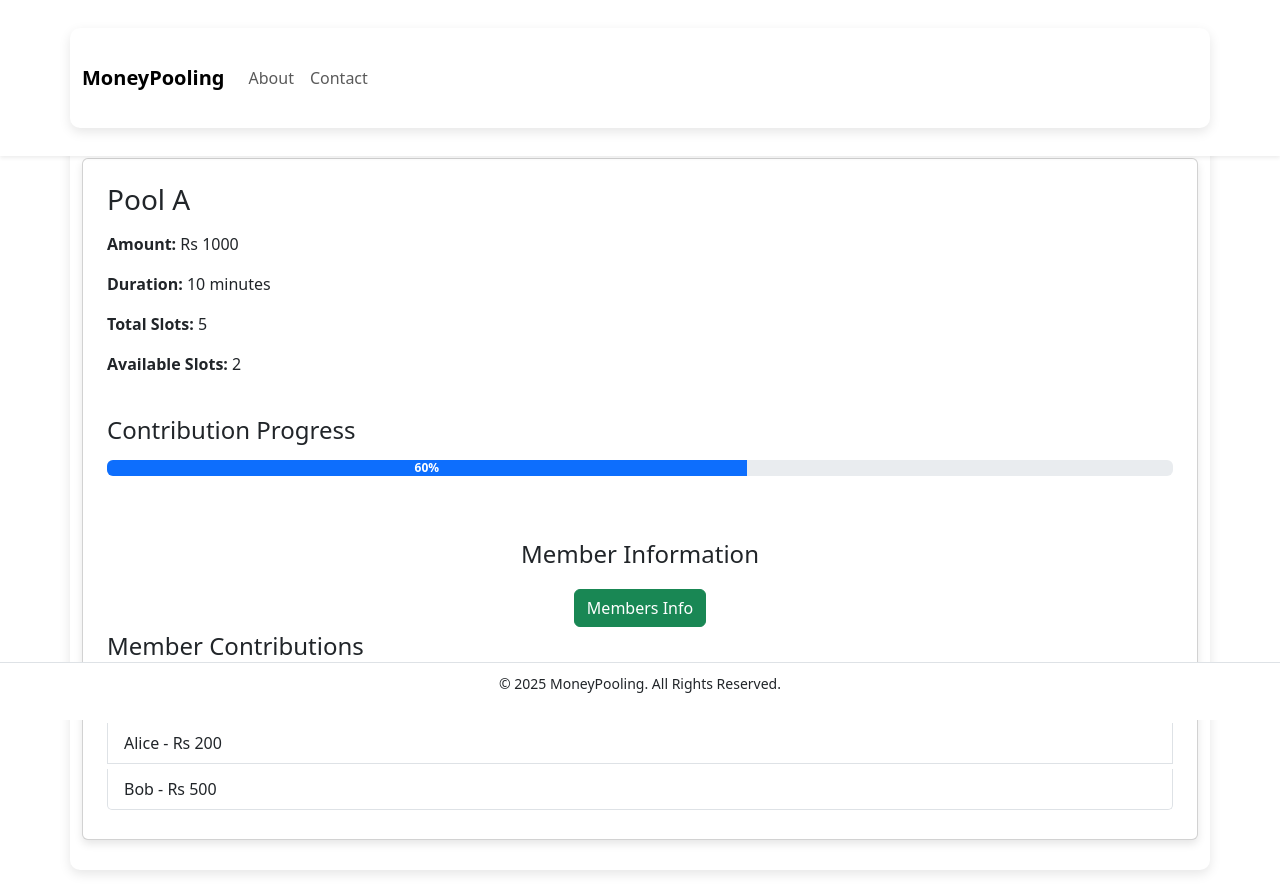
Repository: xxgautm420/MoneyPool
Page: templates/progress.html
The author's editor kept a copy of each file at every save. The page is drawn from the files as they stood at one save, then again after the next save.
The browser window is 1280 px wide. The pictures show the whole page.
The page is served by the project's application, run on Flask 3 (user.py). The template is opened directly, without the code that normally fills it, so the values that code supplies are empty.

Above is the page before, as saved 2025-03-01 17:48:25.

### templates/progress.html
<!DOCTYPE html>
<html lang="en">
<head>
    <meta charset="UTF-8">
    <meta name="viewport" content="width=device-width, initial-scale=1.0">
    <title>Money Pooling</title>

    <!-- External Stylesheets -->
    <link rel="stylesheet" href="{{ url_for('static', filename='Css/progress.css') }}">

    <link href="https://cdn.jsdelivr.net/npm/bootstrap@5.3.0-alpha1/dist/css/bootstrap.min.css" rel="stylesheet">
</head>
<body>

    <!-- Navbar -->
    <nav class="navbar navbar-expand-lg navbar-light bg-white fixed-top shadow-sm">
        <div class="container">
            <a class="navbar-brand fw-bold" href="#">MoneyPooling</a>
            <div class="collapse navbar-collapse">
                <ul class="navbar-nav me-auto mb-2 mb-lg-0">
                    <li class="nav-item">
                        <a class="nav-link" href="#">About</a>
                    </li>
                    <li class="nav-item">
                        <a class="nav-link" href="#">Contact</a>
                    </li>
                </ul>
            </div>
        </div>
    </nav>


       <!-- Main Content -->
     <!-- Pool Details Section -->
<div class="container mt-5 pt-5">
    <h2 class="text-center mb-4">Pool Details</h2>
    <div class="card p-4">
        <h3 id="poolName">Pool A</h3>
        <p><strong>Amount:</strong> Rs <span id="poolAmount">1000</span></p>
        <p><strong>Duration:</strong> 10 minutes</p>
        <p><strong>Total Slots:</strong> 5</p>
        <p><strong>Available Slots:</strong> <span id="availableSlots">2</span></p>

        <!-- Contribution Progress -->
        <h4 class="mt-4">Contribution Progress</h4>
        <div class="progress mb-3">
            <div id="progressBar" class="progress-bar" role="progressbar" style="width: 60%">60%</div>
        </div>

        <div class="text-center mt-5">
            <h4>Member Information</h4>
            <button class="btn btn-success" onclick="startSelection()" >Members Info </button>

        </div>




        <!-- Member Contributions -->
        <h4>Member Contributions</h4>
        <ul id="memberList" class="list-group">
            <li class="list-group-item">John - Rs 300</li>
            <li class="list-group-item">Alice - Rs 200</li>
            <li class="list-group-item">Bob - Rs 500</li>
        </ul>

        <!-- Random Member Selection -->

    </div>
</div>


 <!-- Footer -->
 <footer class="footer">
    <p>&copy; 2025 MoneyPooling. All Rights Reserved.</p>
</footer>

<!-- External JavaScript -->
<script src="{{ url_for('static', filename='Script/progress.js') }}"></script>
</body>
</html>

### user.py
from flask import Flask, request, jsonify
from flask_sqlalchemy import SQLAlchemy
import os

app = Flask(__name__)
import os

app.config['SQLALCHEMY_DATABASE_URI'] = os.environ.get('DATABASE_URL') or 'postgresql+psycopg2://postgres:201103@localhost/postgres'

app.config['SQLALCHEMY_TRACK_MODIFICATIONS'] = False
db = SQLAlchemy(app)

class User(db.Model):
    __tablename__ = 'users'
    id = db.Column(db.Integer, primary_key=True)
    username = db.Column(db.String(80), unique=True, nullable=False)
    password = db.Column(db.String(128), nullable=False)  # Store plain text password for this example

@app.route('/api/users/login', methods=['POST'])
def login():
    data = request.get_json()
    username = data.get('username')
    password = data.get('password')

    user = User.query.filter_by(username=username).first()
    if user and user.password == password:  # Check plain text password
        return jsonify(success=True, message="Login successful"), 200
    else:
        return jsonify(success=False, message="Invalid username or password"), 401

# Create the database tables if they don't exist
with app.app_context():
    db.create_all()

if __name__ == '__main__':
    app.run(debug=True)

### static/Css/progress.css
General Page Styling
body {
    font-family: Arial, sans-serif;
    text-align: center;
    margin: 0;
    background-color: white;
    padding-top: 70px; /* Space for fixed navbar */
    display: flex;
    flex-direction: column;
    min-height: 100vh; /* Ensure the body takes at least the full height of the viewport */
}

/* Navbar */
.navbar {
    box-shadow: 0px 2px 5px rgba(0, 0, 0, 0.1);
}

/* Main Container */
/* Pool Details Section */
.container {
    width: 80%;
    max-width: 600px;
    margin: 20px auto;
    padding: 30px;
    background-color: #fff;
    border-radius: 10px;
    box-shadow: 0 4px 12px rgba(0, 0, 0, 0.1);
    flex: 1; /* Allow the container to grow and take available space */
    overflow-y: auto; /* Enable vertical scrolling if content exceeds height */
}

.card {
    padding: 20px;
    border: 1px solid #dee2e6;
    border-radius: 10px;
    background-color: #ffffff;
    box-shadow: 0 4px 8px rgba(0, 0, 0, 0.1);
}

.card h3, .card h4 {
    margin-bottom: 15px;
}

.progress {
    height: 25px;
}

.progress-bar {
    background-color: #28a745; /* Green background for progress bar */
    color: white;
    font-weight: bold;
    line-height: 25px; /* Vertically center the text within the progress bar */
}

.list-group-item {
    padding: 10px;
    border: 1px solid #dee2e6;
    margin-bottom: 5px;
}

.btn {
    margin: 5px;
    padding: 10px 20px;
    font-size: 16px;
    border-radius: 5px;
    border: none;
}

.btn-success {
    background-color: #28a745;
    color: white;
}

.btn-success:hover {
    background-color: #218838;
}

.mt-4 {
    margin-top: 1.5rem;
}

.mt-5 {
    margin-top: 3rem;
}

.mb-3 {
    margin-bottom: 1rem;
}

.mb-4 {
    margin-bottom: 1.5rem;
}

.text-center {
    text-align: center;
}

/* Footer */
footer {
    width: 100%;
    background-color: white;
    text-align: center;
    padding: 10px;
    font-size: 14px;
    border-top: 1px solid #dee2e6;
    position: fixed; /* Fixed position to stick to the bottom */
    bottom: 0; /* Align to the bottom of the viewport */
    left: 0; /* Ensure it spans the entire width */
    z-index: 1000; /* Ensure it's on top of other elements */
}

### static/Script/progress.js
function fetchUsername(userId) {
    fetch(`/api/user/${userId}`)
        .then(response => {
            if (!response.ok) {
                throw new Error('Network response was not ok');
            }
            return response.json();
        })
        .then(data => {
            document.getElementById('usernamePlaceholder').innerText = data.username;
        })
        .catch(error => {
            console.error('There was a problem with the fetch operation:', error);
        });
}

After the next save:
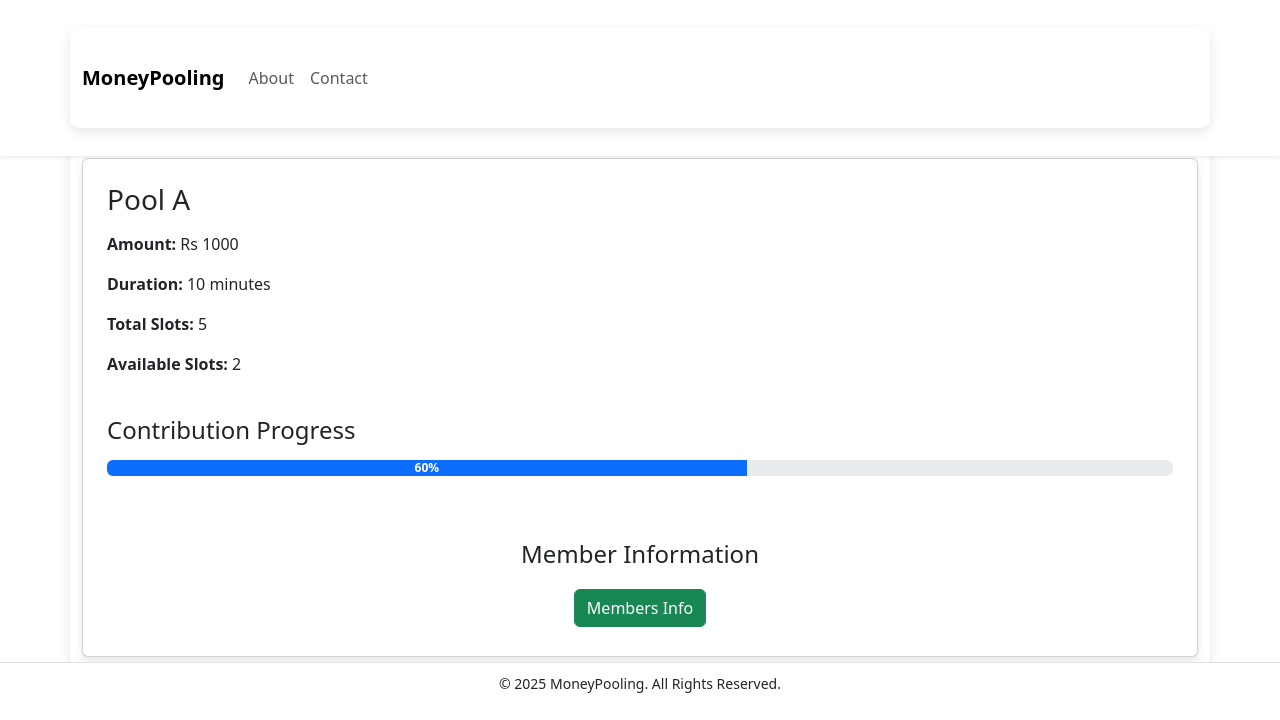
Saved 22 s later.
--- a/templates/progress.html
+++ b/templates/progress.html
@@ -56,13 +56,7 @@
 
 
 
-        <!-- Member Contributions -->
-        <h4>Member Contributions</h4>
-        <ul id="memberList" class="list-group">
-            <li class="list-group-item">John - Rs 300</li>
-            <li class="list-group-item">Alice - Rs 200</li>
-            <li class="list-group-item">Bob - Rs 500</li>
-        </ul>
+
 
         <!-- Random Member Selection -->
 
